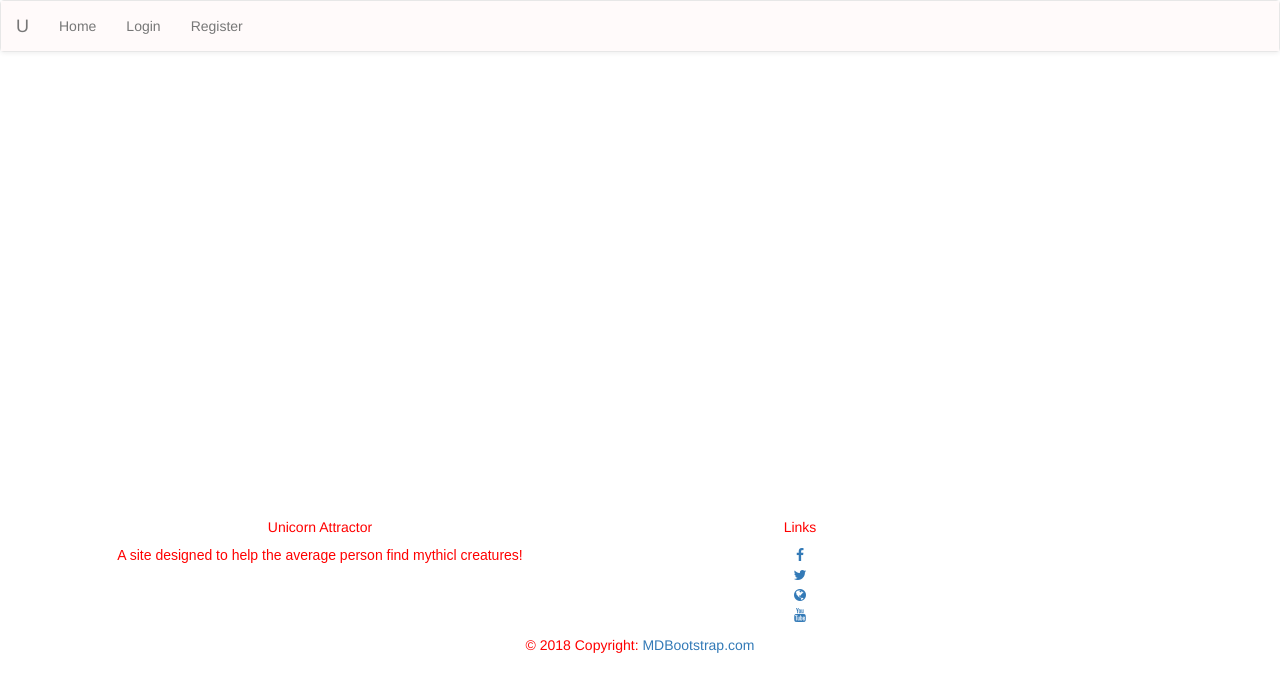
Repository: h8130084/UnicornAttractor
Page: templates/base.html
The author's editor kept a record of every edit. The page is drawn from the files as they stood at one moment, then again after the next edit.
The browser window is 1280 px wide. The pictures show the whole page.
Some web fonts or font styles are not loaded; a fallback is used. Some web libraries are served in a nearby version. The template is drawn by Django 2.2. The application's start-up code is not run. Other server files are loaded and not shown. The template is opened directly, without the code that normally fills it, so the values that code supplies are empty.

Above is the page before.

### templates/base.html
<!DOCTYPE html>
<html lang="en">
{% load staticfiles %}
<head>
    <meta charset="UTF-8">
    <meta name="viewport" content="width=device-width, initial-scale=1.0">
    <meta http-equiv="X-UA-Compatible" content="ie=edge">
    <link rel="stylesheet" href="{% static 'css/styles.css' %}" type="text/css" />

    <!-- Latest compiled and minified CSS -->
    <link rel="stylesheet" href="https://maxcdn.bootstrapcdn.com/bootstrap/3.3.7/css/bootstrap.min.css" integrity="sha384-BVYiiSIFeK1dGmJRAkycuHAHRg32OmUcww7on3RYdg4Va+PmSTsz/K68vbdEjh4u" crossorigin="anonymous">

    <!-- Optional theme -->
    <link rel="stylesheet" href="https://maxcdn.bootstrapcdn.com/bootstrap/3.3.7/css/bootstrap-theme.min.css" integrity="sha384-rHyoN1iRsVXV4nD0JutlnGaslCJuC7uwjduW9SVrLvRYooPp2bWYgmgJQIXwl/Sp" crossorigin="anonymous">
    <link rel="stylesheet" href="https://maxcdn.bootstrapcdn.com/font-awesome/4.7.0/css/font-awesome.min.css" type="text/css" />

    <!-- google fonts -->
    <link href="https://fonts.googleapis.com/css?family=Sulphur+Point&display=swap" rel="stylesheet">

    <!-- JQuery -->
    <script src="https://code.jquery.com/jquery-3.2.1.min.js" integrity="sha256-hwg4gsxgFZhOsEEamdOYGBf13FyQuiTwlAQgxVSNgt4=" crossorigin="anonymous"></script>

    <!-- Latest compiled and minified JavaScript -->
    <script src="https://maxcdn.bootstrapcdn.com/bootstrap/3.3.7/js/bootstrap.min.js" integrity="sha384-Tc5IQib027qvyjSMfHjOMaLkfuWVxZxUPnCJA7l2mCWNIpG9mGCD8wGNIcPD7Txa" crossorigin="anonymous"></script>

    {% block head_js %}{% endblock %}

    <title>{% block page_title %}{% endblock %}</title>
</head>

<body>

<!--Taken from Bootstrap-->
<nav class="navbar navbar-default">
  <div class="container-fluid" style="background-color: #FFFAFA;">
    <!-- Brand and toggle get grouped for better mobile display -->
    <div class="navbar-header" style="background-color: #FFFAFA;">
      <button type="button" class="navbar-toggle collapsed" data-toggle="collapse" data-target="#bs-example-navbar-collapse-1" aria-expanded="false">
        <span class="sr-only">Toggle navigation</span>
        <span class="icon-bar"></span>
        <span class="icon-bar"></span>
        <span class="icon-bar"></span>
      </button>
      <a class="navbar-brand" href="{% url 'index' %}">U</a>
    </div>

    <!-- Collect the nav links, forms, and other content for toggling -->
    <div class="collapse navbar-collapse" id="bs-example-navbar-collapse-1">
      <ul class="nav navbar-nav">
            {% if user.is_authenticated %}
            <li><a href="{% url 'index' %}">Home</a></li>
            <li><a href="{% url 'profile' %}">Profile</a></li>
            <li><a href="{% url 'bug' %}">Bugs and Features</a></li>
            <li><a href="{% url 'logout' %}">Logout</a></li>
            <li><a href="{% url 'view_cart' %}">Basket</a></li>

            {% else %}
            <li><a href="{% url 'index' %}">Home</a></li>
            <li><a href="{% url 'login' %}">Login</a></li>
            <li><a href="{% url 'registration' %}">Register</a></li>

            {% endif %}
        </ul>
    </div><!-- /.navbar-collapse -->
  </div><!-- /.container-fluid -->
</nav>

    {% if messages %}
    <div class="row">
        <div class="alert alert-warning">
            {% for message in messages %} {{ message }} {% endfor %}
        </div>
    </div>
    {% endif %}

    <h1 class="page_title">
        {% block page_heading %}{% endblock %}
    </h1>
    <div class="container">
        {% block content %}{% endblock %}
    </div>

<!-- Footer -->
<footer class="page-footer fixed-bottom">

    <div class="container-fluid text-center text-md-left">
        <div class="row">
            <div class="col-md-6 mt-md-0 mt-3">
                <h5> Unicorn Attractor</h5>
                <p>A site designed to help the average person find mythicl creatures!</p>
            </div>

            <div class="col-md-3 mb-md-0 mb-3">
                <!-- Links -->
                <h5>Links</h5>
                <ul class="list-unstyled">
                    <li><a target="#" href=""><i class= "fa fa-facebook"></i></a></li>
                    <li><a target="#" href=""><i class= "fa fa-twitter"></i></a></li>
                    <li><a target="#" href=""><i class= "fa fa-globe"></i></a></li>
                    <li><a target="#" href=""><i class= "fa fa-youtube"></i></a></li>
                </ul>
            </div>
        </div>
        <!-- Copyright - taken ideas from this-->
        <div class="row" "footer-copyright text-center py-3">© 2018 Copyright:
            <a href="https://mdbootstrap.com/education/bootstrap/"> MDBootstrap.com</a>
        </div>
        <!-- Copyright -->
</footer>

</body>
</html>

### static/css/styles.css
@import url('https://fonts.googleapis.com/css?family=Sulphur+Point&display=swap');

.navbar.navbar-default{
    margin-bottom: 0;
}

.page_title {
    text-align: center;
    margin-bottom: 25px;
}

h1, p {
    font-family: 'Sulphur Point', sans-serif;
}
.containter {
    font-family: 'Sulphur Point', sans-serif;
    position: relative;
}

.home-text{
    font-size: 20px;
}

.center{
    text-align: center;
    margin-bottom: 10px;
}

html, body{ height:100%; margin:0; }

footer{
    height:210px;
    margin-top: 20px;
    margin-top:auto;
    color: red;
}

body{
  display:flex;
  flex-direction:column;

}

/*forms */

.already_account{
    margin-top: 25px;
    width: 50%;
    margin-left: 25%;
}

.registration {
    margin-top: 25px;
}

input#pledge{
    background-color:#DCDCDC;
}

.form-box{
    border: 1px solid black;
    border-radius: 5px;
    padding: 10px;
    width: 60%;
    margin-left: 20%;
}

.text-input{
    border-radius: 5px;
    width: 100%;
    margin-bottom: 10px;
}

.text-box{
    border-radius: 5px;
    width: 100%;
    margin-bottom: 10px;
}

.select-input{
    margin-bottom: 10px;
}

.auth-forms{
    width: 50%;
    margin-left: 25%;
}

/*comments */

.comments-section{
    width: 60%;
    margin-left: 20%;
    border: 1px solid black;
    border-radius: 5px;
    margin-bottom: 10px;
    padding: 5px;
}

.comment-name{
    font-weight: bold;
    font-size: 20px;
}

.comment-time{
    font-style: italic;
    font-size: 14px;
}

.comment{
    font-size: 18px;
}

.comments-header{
    text-align: center;
    font-family: 'Sulphur Point', sans-serif;
}

/*description section */

.description-section{
    margin-left: 20%;
    width: 60%;
    border: 1px solid black;
    border-radius: 5px;
    padding: 5px;
    margin-bottom: 10px;
}

.description{
    font-size: 20px;
}

/*cart.html */

.adjust-input{
    width: 60%;
    border-radius: 5px;
}

.total{
    font-size: 20px;
    font-weight: bold;
}

After the next edit:
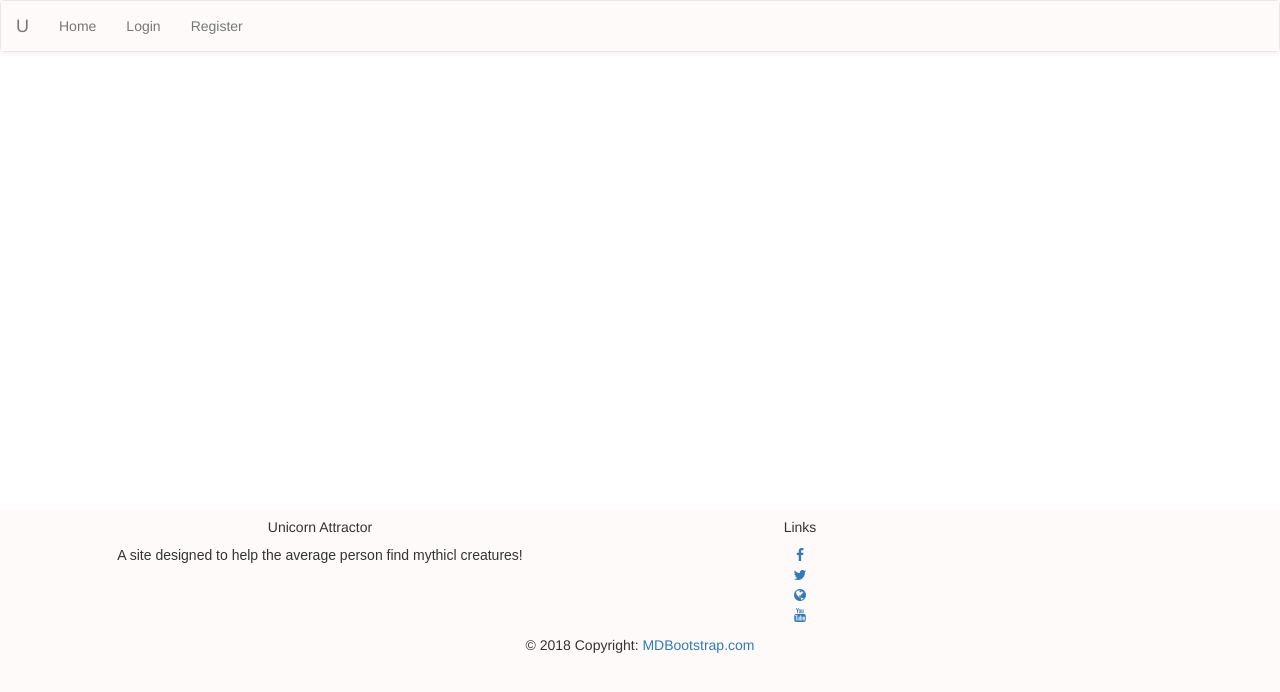
The edit:
--- a/static/css/styles.css
+++ b/static/css/styles.css
@@ -32,7 +32,8 @@
     height:210px;
     margin-top: 20px;
     margin-top:auto;
-    color: red;
+    background-color: #FFFAFA;
+
 }
 
 body{
